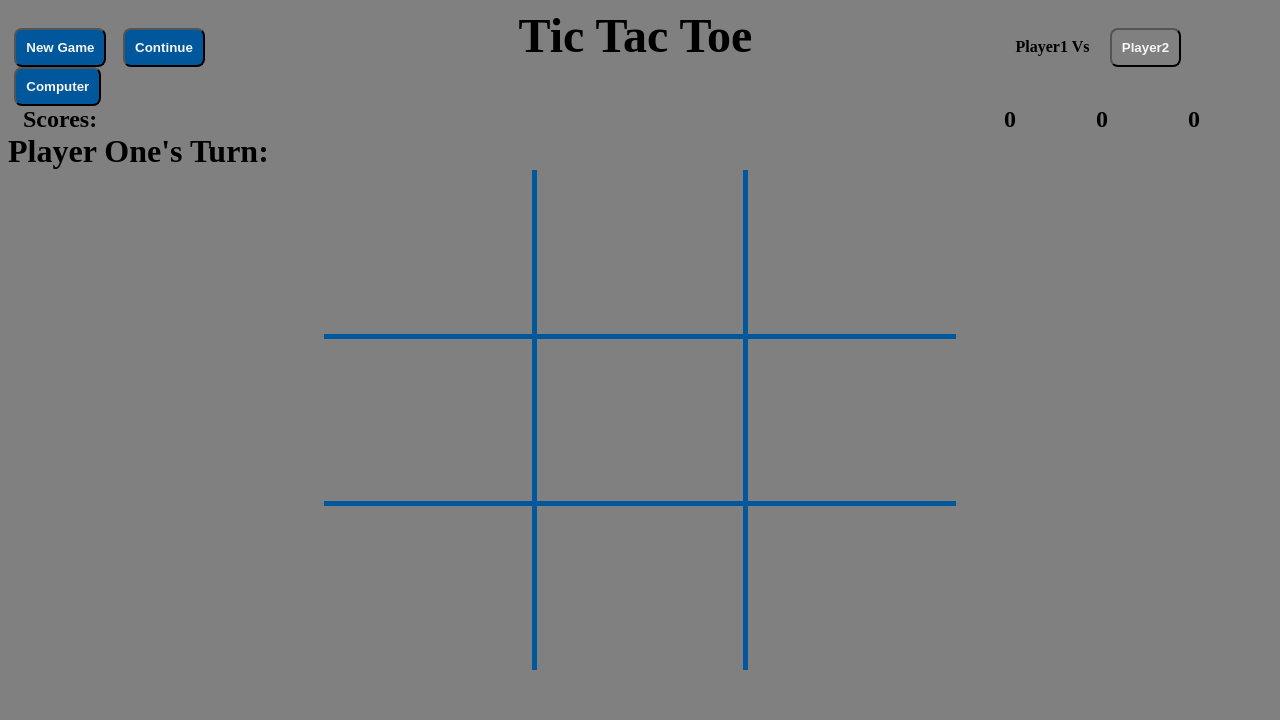
Repository: Einsteiniumeinsteinian/Brainy-Tic-Tac-Toe
Page: index.html
An editor plug-in stored every save of this project. The page is shown before and after the next save, followed by the edit.
The browser window is 1280 px wide. The pictures show the whole page.

Above is the page before, as saved 2022-04-11 22:22:54.

After the next save:
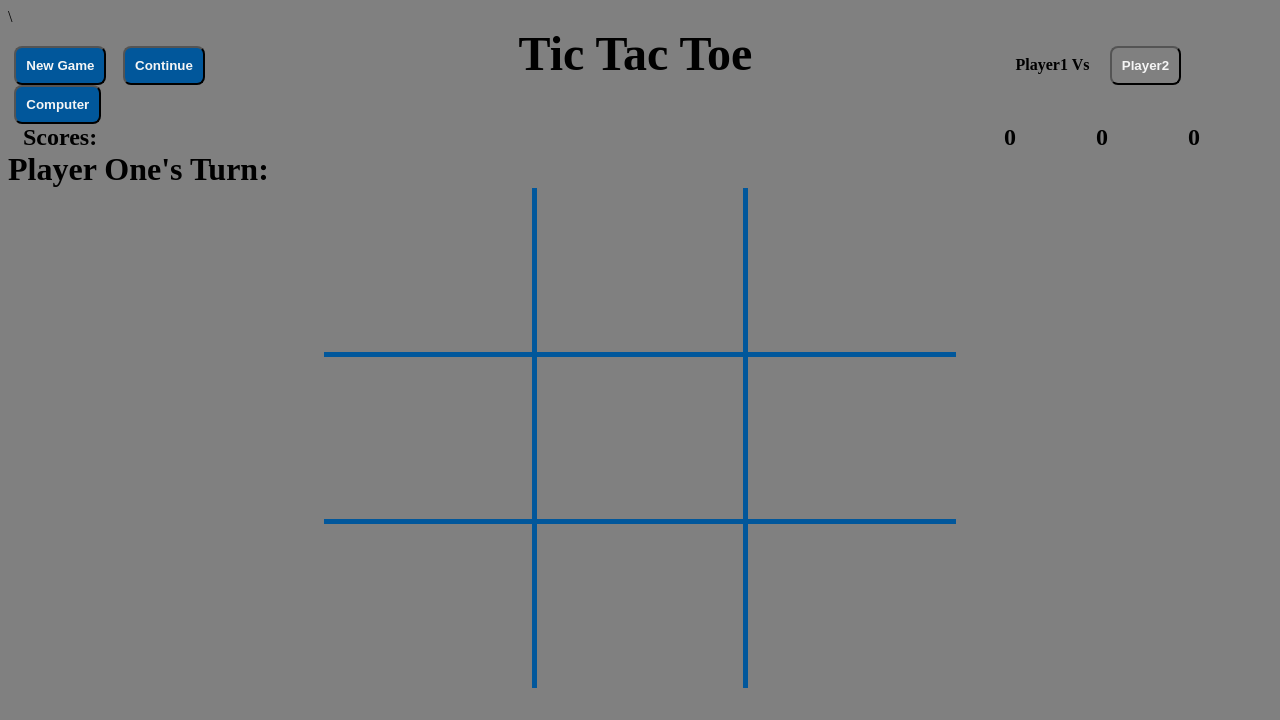
Saved 118 min 0 s later.
--- a/index.html
+++ b/index.html
@@ -4,7 +4,8 @@
 <head>
     <meta charset="UTF-8">
     <meta name="viewport" content="width=device-width, initial-scale=1.0">
-    <title>Document</title>
+    <title>Document</title>\
+
     <link rel="stylesheet" href="https://cdnjs.cloudflare.com/ajax/libs/animate.css/4.1.1/animate.min.css">
     <link rel="stylesheet" href="./tic-tac-toe.css">
 </head>

After the 3 saves that followed:
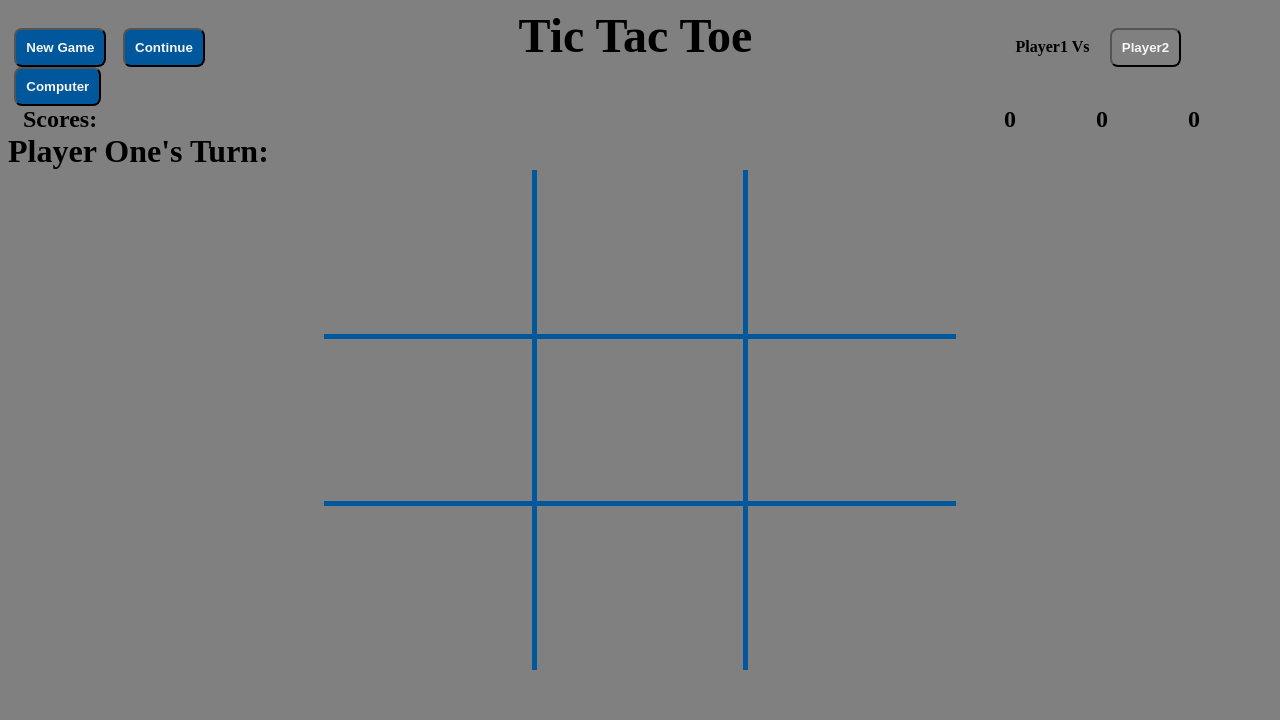
The 3 saves are shown as one change because they came seconds apart.
The last was saved 9 s later.
--- a/index.html
+++ b/index.html
@@ -4,7 +4,7 @@
 <head>
     <meta charset="UTF-8">
     <meta name="viewport" content="width=device-width, initial-scale=1.0">
-    <title>Document</title>\
+    <title>Document</title>
 
     <link rel="stylesheet" href="https://cdnjs.cloudflare.com/ajax/libs/animate.css/4.1.1/animate.min.css">
     <link rel="stylesheet" href="./tic-tac-toe.css">
